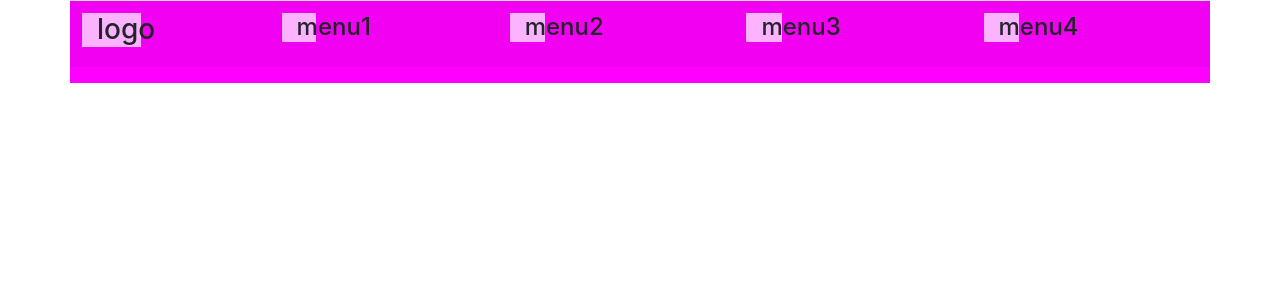
Repository: HayatoTakaha/bookers2-debug
Page: bootstrap_practice/index.html
The author's editor kept a record of every edit. The page is drawn from the files as they stood at one moment, then again after the next edit.
The browser window is 1280 px wide. The pictures show the whole page.

Above is the page before.

### bootstrap_practice/index.html
<!DOCTYPE html>
<html lang="ja">
  <head>
    <meta charset="utf8" />
    <title>23章演習</title>
    <link rel="stylesheet" href="https://cdn.jsdelivr.net/npm/bootstrap@4.6.2/dist/css/bootstrap.min.css"
    integrity="sha384-xOolHFLEh07PJGoPkLv1IbcEPTNtaed2xpHsD9ESMhqIYd0nLMwNLD69Npy4HI+N" crossorigin="anonymous">
    <link rel="stylesheet" href="style.css" />
  </head>

  <body>

   <div class="container">
       <div class="row" style="background-color: #ff00ff;" >
        <table class="table table-striped">
        <td>
         <div class="col-lg-4" style="background-color: #fbb3ff ;">
         <h3>logo</h3>
        </div>
        </td>
        <td>
        <div class="col-lg-2" style="background-color: #fbb3ff ;">
          <h4>menu1</h4>
        </div>
        </td>
        <td>
        <div class="col-lg-2" style="background-color: #fbb3ff ;">
          <h4>menu2</h4>
        </div>
        </td>
        <td>
        <div class="col-lg-2" style="background-color: #fbb3ff ;">
          <h4>menu3</h4>
        </div>
        </td>
        <td>
        <div class="col-lg-2" style="background-color: #fbb3ff ;">
          <h4>menu4</h4>
        </div>
        </td>
      </table>
     </div>
     </div>
  </body>

</html>

### bootstrap_practice/style.css
* {
  margin: 0;
  padding: 0;
  box-sizing: border-box;
}

.selector-for-some-widget {
  box-sizing: content-box;
}

After the next edit:
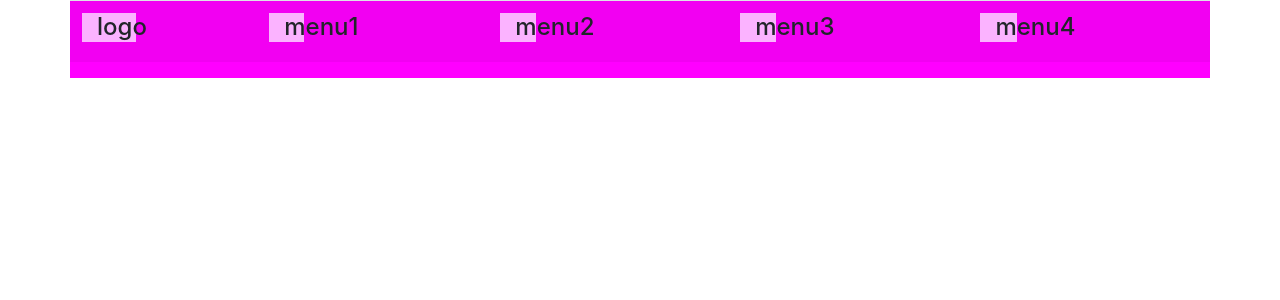
The edit:
--- a/bootstrap_practice/index.html
+++ b/bootstrap_practice/index.html
@@ -15,7 +15,7 @@
         <table class="table table-striped">
         <td>
          <div class="col-lg-4" style="background-color: #fbb3ff ;">
-         <h3>logo</h3>
+         <h4>logo</h4>
         </div>
         </td>
         <td>
